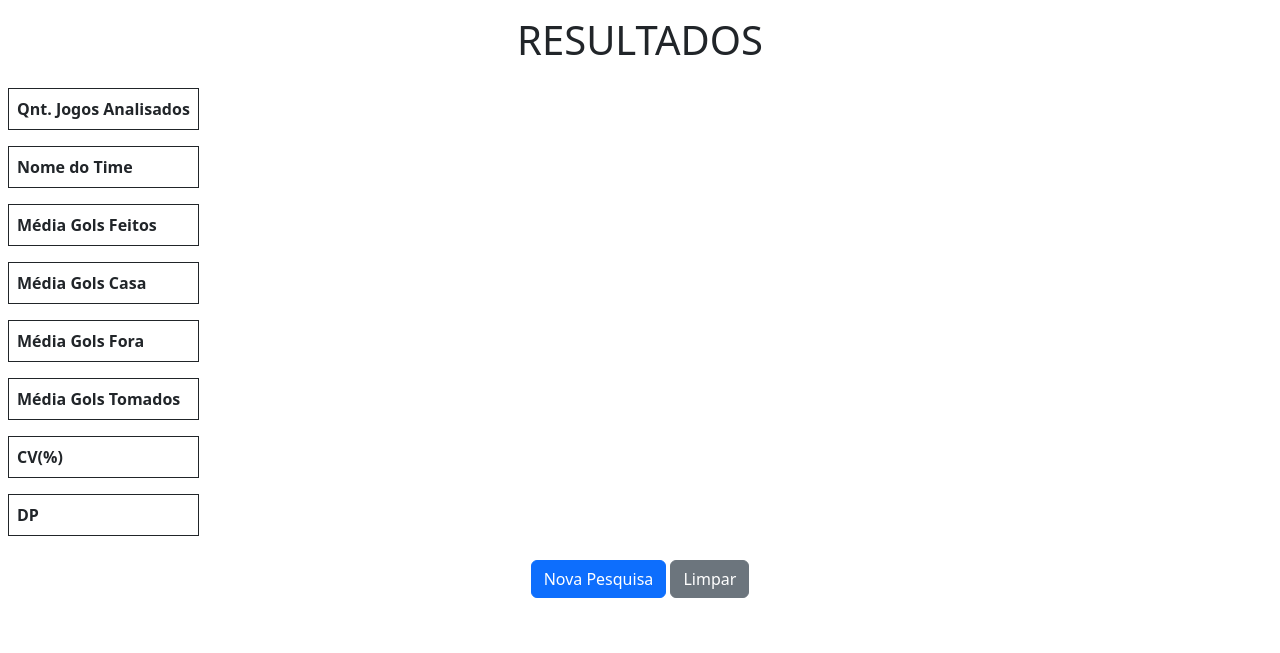
Repository: ricardodamaceno/Coeficiente-de-Variacao-de-Gols
Page: http://localhost/resposta
The author's editor kept a copy of each file at every save. The page is drawn from the files as they stood at one save, then again after the next save.
The browser window is 1280 px wide. The pictures show the whole page.
The page is this project's Thymeleaf template; nobody is signed in. The template is opened directly, without the code that normally fills it, so the values that code supplies are empty.

Above is the page before, as saved 2022-09-29 20:00:21.

### aposta-tozo/src/main/resources/templates/resposta.html
<!DOCTYPE html>
<html xmlns:th="http://www.thymeleaf.org">
<head>
<meta name="viewport"
	content="width = device-width, initial-scale = 1, shrink-to-fit = no">
<!-- CSS only -->
<link
	href="https://cdn.jsdelivr.net/npm/bootstrap@5.2.1/dist/css/bootstrap.min.css"
	rel="stylesheet"
	integrity="sha384-iYQeCzEYFbKjA/T2uDLTpkwGzCiq6soy8tYaI1GyVh/UjpbCx/TYkiZhlZB6+fzT"
	crossorigin="anonymous">
<title>Apostas Esportivas</title>
<style>
.flex {
	display: flex;
}

.space-between {
	justify-content: space-between;
}

[data-tooltip] {
	position: relative;
	font-weight: bold;
}

[data-tooltip]:after {
	display: none;
	position: absolute;
	padding: 5px;
	border-radius: 3px;
	bottom: calc(100% + 2px);
	content: attr(data-tooltip);
	white-space: wrap;
	background-color: #0095ff;
	color: White;
}

[data-tooltip]:hover:after {
	display: block;
}
</style>
</head>

<body>

	<h1 class="text-center mb-3 mt-3">RESULTADOS</h1>
	<div class="flex p-2">
	<div>
		<table
			class="table table-striped table-hover table-bordered border-dark">
			<thead>
				<tr>
					<th scope="col">Qnt. Jogos Analisados</th>
				</tr>
			</thead>
			<tbody>
				<tr data-th-each="qnt : ${jogosAnalisados}">
					<td data-th-text="${qnt.jogosAnalisados}"></td>
				</tr>
			</tbody>
		</table>
		<table
			class="table table-striped table-hover table-bordered border-dark">
			<thead>
				<tr>
					<th scope="col">Nome do Time</th>
				</tr>
			</thead>
			<tbody>
				<tr data-th-each="time : ${pesqTimes}">
					<td data-th-text="${time.nomeTime}"></td>
				</tr>
			</tbody>
		</table>
		<table
			class="table table-striped table-hover table-bordered border-dark">
			<thead>
				<tr>
					<th scope="col">Média Gols Feitos</th>
				</tr>
			</thead>
			<tbody>
				<tr data-th-each="med : ${media}">
					<td data-th-text="${med.mediaGol}"></td>
				</tr>
			</tbody>
		</table>
		<table
			class="table table-striped table-hover table-bordered border-dark">
			<thead>
				<tr>
					<th scope="col">Média Gols Casa</th>
				</tr>
			</thead>
			<tbody>
				<tr data-th-each="medcasa : ${mediaGolCasa}">
					<td data-th-text="${medcasa.mediaGolCasa}"></td>
				</tr>
			</tbody>
		</table>
		<table
			class="table table-striped table-hover table-bordered border-dark">
			<thead>
				<tr>
					<th scope="col">Média Gols Fora</th>
				</tr>
			</thead>
			<tbody>
				<tr data-th-each="medfora : ${mediaGolFora}">
					<td data-th-text="${medfora.mediaGolFora}"></td>
				</tr>
			</tbody>
		</table>
		<table
			class="table table-striped table-hover table-bordered border-dark">
			<thead>
				<tr>
					<th scope="col">Média Gols Tomados</th>
				</tr>
			</thead>
			<tbody>
				<tr data-th-each="medContra : ${mediaTomados}">
					<td data-th-text="${medContra.mediaGolsTomados}"></td>
				</tr>
			</tbody>
		</table>
		<table
			class="table table-striped table-hover table-bordered border-dark">
			<thead>
				<tr>
					<th scope="col"
						data-tooltip="Coeficiente de Variação dos Gols Feitos">CV(%)</th>
				</tr>
			</thead>
			<tbody>
				<tr data-th-each="coeVar : ${cv}">
					<td data-th-text="${coeVar.coeficienteDeVariacao} + '%'"></td>
				</tr>
			</tbody>
		</table>
		<table
			class="table table-striped table-hover table-bordered border-dark">
			<thead>
				<tr>
					<th scope="col" data-tooltip="Desvio Padrão dos Gols Feitos">DP</th>
				</tr>
			</thead>
			<tbody>
				<tr data-th-each="desvioPadrao : ${desvio}">
					<td data-th-text="${desvioPadrao.desvioPadrao} + ' gols'"></td>
				</tr>
			</tbody>
		</table>
	</div>
	</div>
	<div class="d-grid gap-2 d-md-flex justify-content-md-center">
		<form method="post" action="/add">
			<!-- <button type="submit" class="btn btn-primary">Voltar</button> -->
			<a href="/add" class="btn btn-primary" tabindex="-1" role="button"
				aria-disabled="true">Nova Pesquisa</a> <a href="/voltar"
				class="btn btn-secondary" tabindex="-1" role="button"
				aria-disabled="true">Limpar</a>
		</form>
	</div>
</body>
</html>

After the next save:
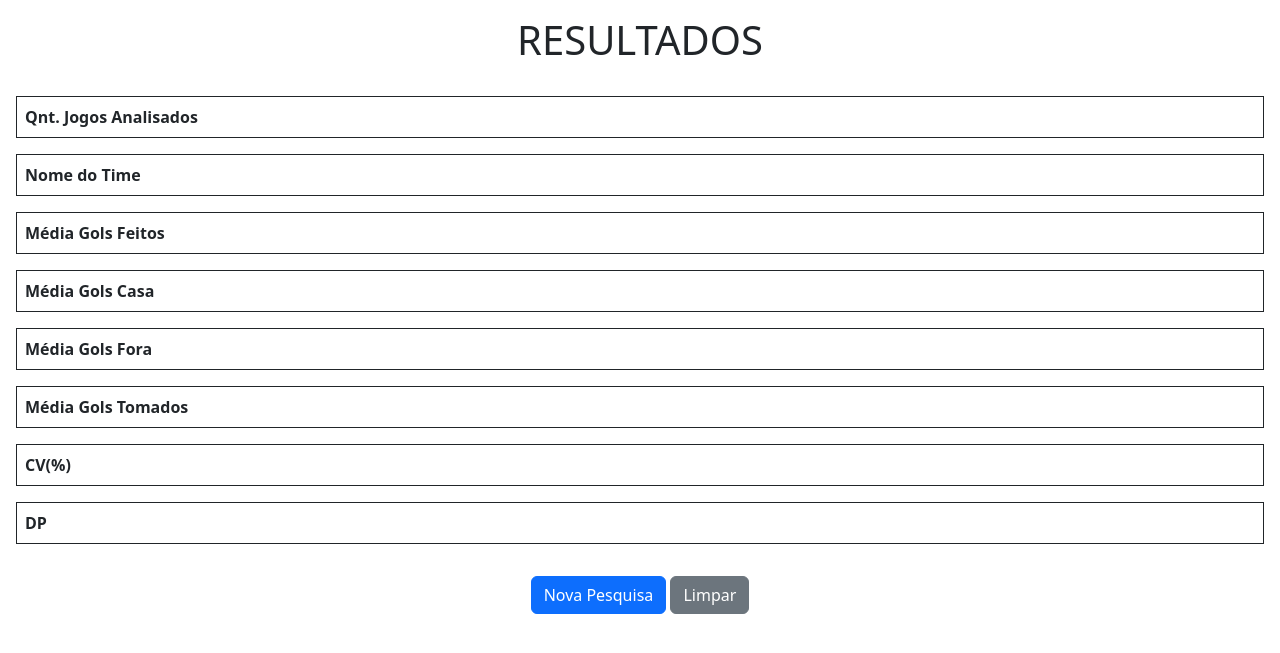
Saved 33 s later.
--- a/aposta-tozo/src/main/resources/templates/resposta.html
+++ b/aposta-tozo/src/main/resources/templates/resposta.html
@@ -46,7 +46,7 @@
 
 	<h1 class="text-center mb-3 mt-3">RESULTADOS</h1>
 	<div class="flex p-2">
-	<div>
+	<div class="p-2 flex-grow-1">
 		<table
 			class="table table-striped table-hover table-bordered border-dark">
 			<thead>
